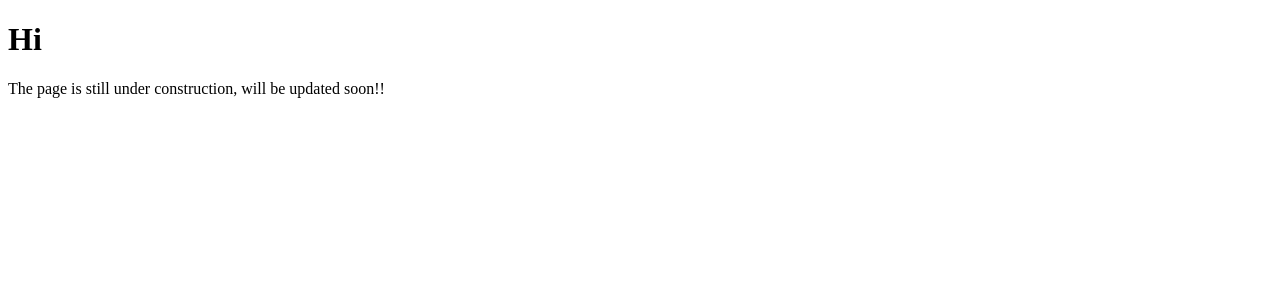
Repository: eazzzon/eazzzon.github.io
Page: index.html
An editor plug-in stored every save of this project. The page is shown before and after the next save, followed by the edit.
The browser window is 1280 px wide. The pictures show the whole page.

Above is the page before, as saved 2021-05-28 22:29:45.

After the next save:
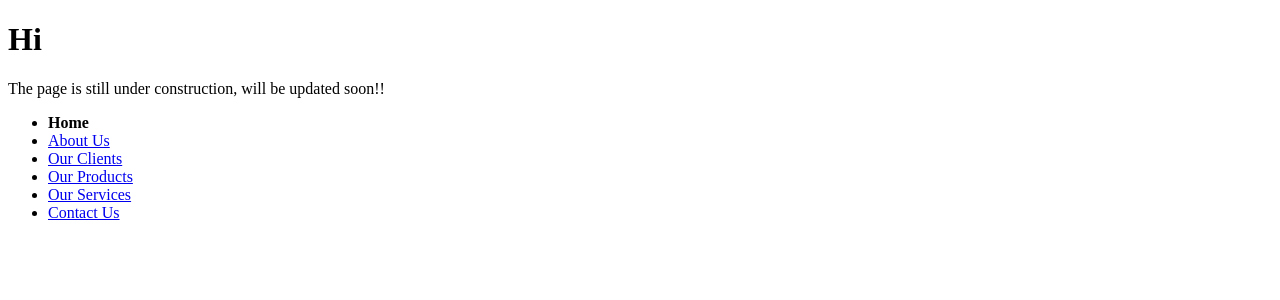
Saved 24 h 39 min later.
--- a/index.html
+++ b/index.html
@@ -3,5 +3,15 @@
 <body>
 <h1>Hi</h1>
 <p>The page is still under construction, will be updated soon!!</p>
+<nav>
+    <ul>
+      <li><strong>Home</strong></li>
+      <li><a href="about.html">About Us</a></li>
+      <li><a href="clients.html">Our Clients</a></li>
+      <li><a href="products.html">Our Products</a></li>
+      <li><a href="services.html">Our Services</a></li>
+      <li><a href="contact.html">Contact Us</a></li>
+    </ul>
+  </nav>
 </body>
 </html>
